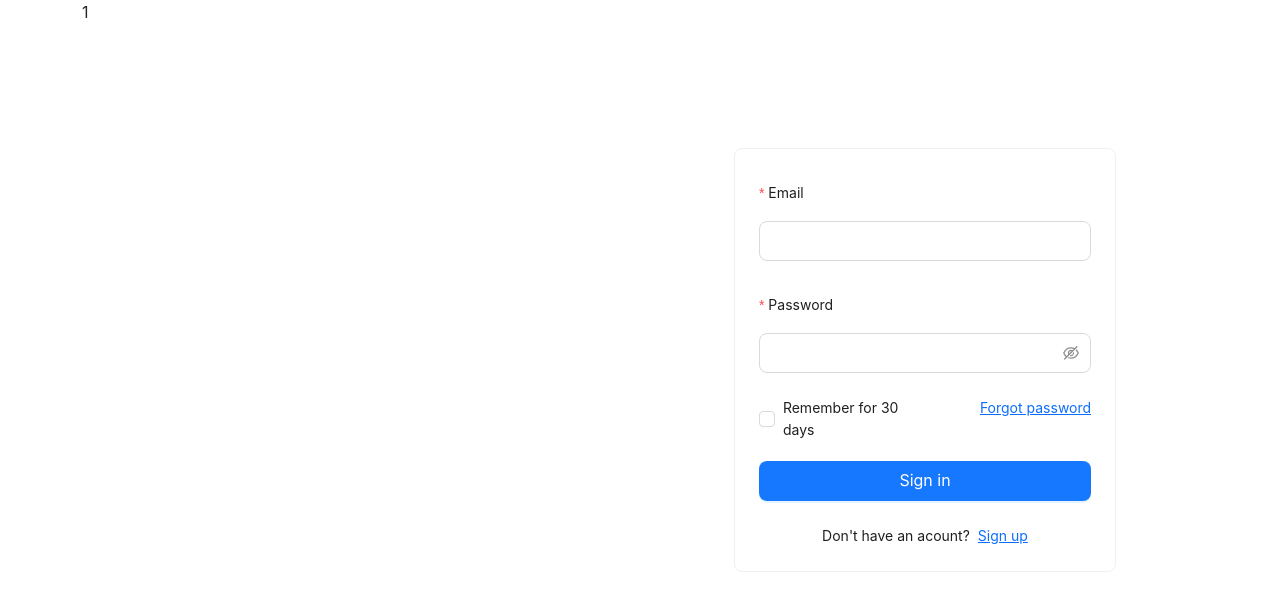
Repository: di-huynh-dev/kanban-inventory-management
Page: /
An editor plug-in stored every save of this project. The page is shown before and after the next save, followed by the edit.
The browser window is 1280 px wide. The pictures show the whole page.
The project was rebuilt for these pictures with package versions that can differ from the ones it lists, and the page was loaded fresh each time. Also part of the build but not shown: src/App.css, src/pages/auth/SignUp.tsx, src/routers/MainRouter.tsx.

Above is the page before, as saved 2024-09-07 12:21:27.

After the next save:
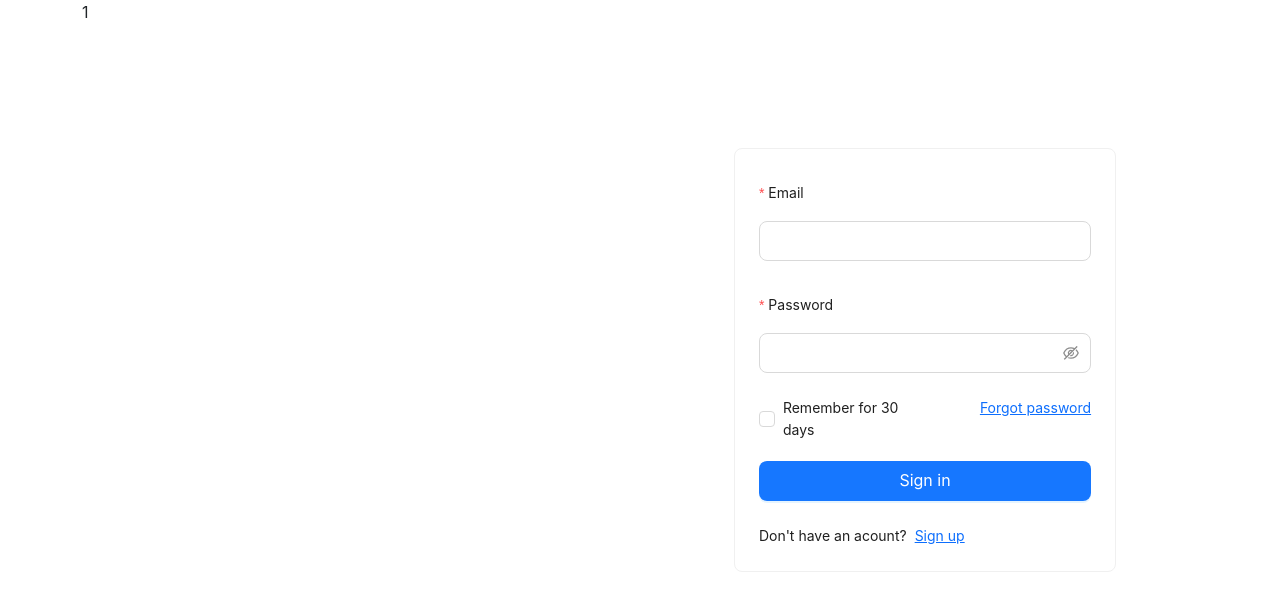
Saved 17 s later.
--- a/src/pages/auth/Login.tsx
+++ b/src/pages/auth/Login.tsx
@@ -62,7 +62,7 @@
             </Button>
           </Form.Item>
         </Form>
-        <div className="mt-3 text-center">
+        <div className="mt-3 text-left">
           <Space>
             <Text>Don't have an acount? </Text>
             <Link to={'/sign-up'}>Sign up</Link>

After the save that followed:
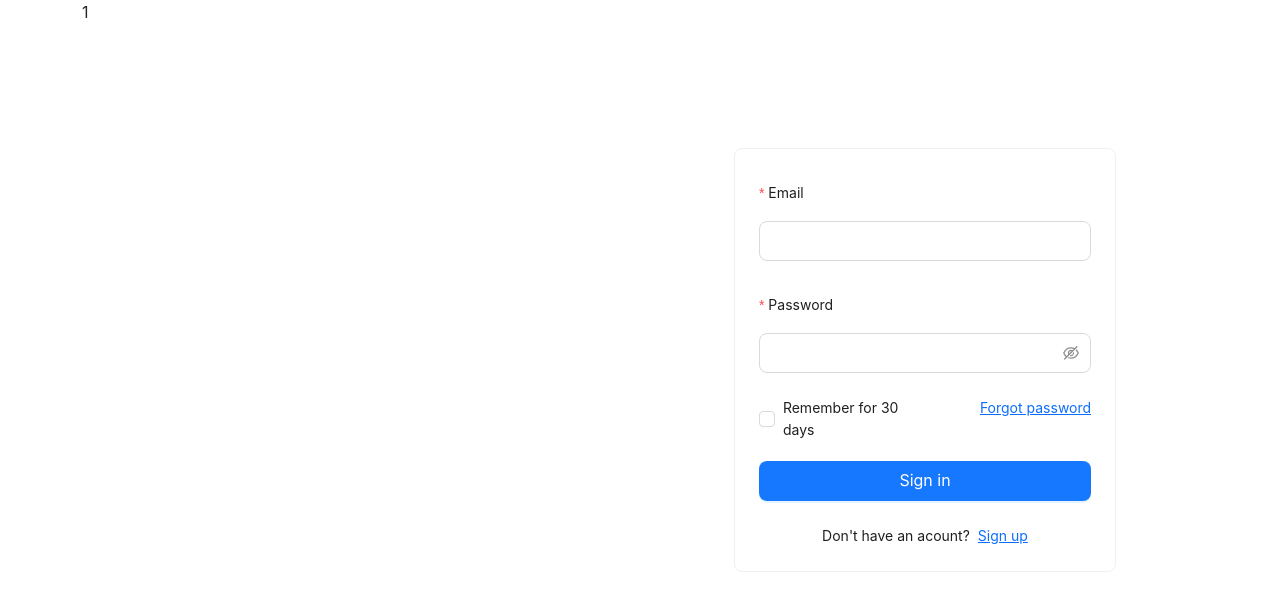
Saved 4 s later.
--- a/src/pages/auth/Login.tsx
+++ b/src/pages/auth/Login.tsx
@@ -62,7 +62,7 @@
             </Button>
           </Form.Item>
         </Form>
-        <div className="mt-3 text-left">
+        <div className="mt-3 text-center">
           <Space>
             <Text>Don't have an acount? </Text>
             <Link to={'/sign-up'}>Sign up</Link>
